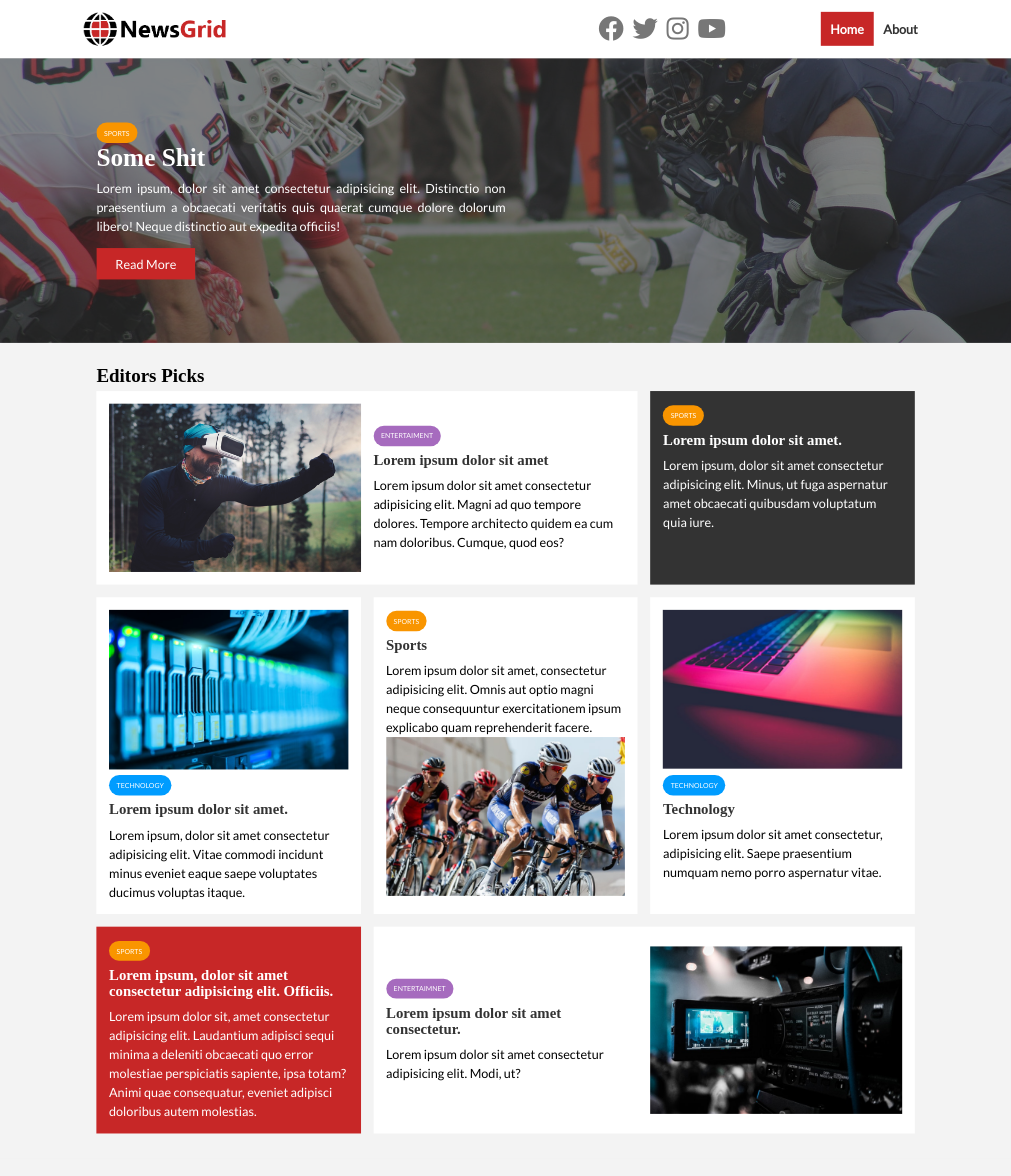
Repository: EswinGiova/NewsGrid
Page: index.html
These files come from the project's save history. The page is drawn as it stood at one moment and after the next save; the edit follows.
The browser window is 1280 px wide. The pictures show the whole page, at 79% of full size.
Some web libraries are served in a nearby version.

Above is the page before, as saved 2020-09-19 22:12:20.

### index.html
<!DOCTYPE html>
<html lang="en">
  <head>
    <meta charset="UTF-8" />
    <meta name="viewport" content="width=device-width, initial-scale=1.0" />
    <link rel="shortcut icon" type="image/x-icon" href="favicon.ico" />
    <link
      href="https://fonts.googleapis.com/css2?family=Lato&family=Staatliches&display=swap"
      rel="stylesheet"
    />
    <link rel="stylesheet" href="./css/style.css" />
    <link
      rel="stylesheet"
      media="screen and (max-width: 768px)"
      href="./css/mobile.css"
    />

    <link
      rel="stylesheet"
      href="https://cdnjs.cloudflare.com/ajax/libs/font-awesome/5.14.0/css/all.min.css"
      integrity="sha512-1PKOgIY59xJ8Co8+NE6FZ+LOAZKjy+KY8iq0G4B3CyeY6wYHN3yt9PW0XpSriVlkMXe40PTKnXrLnZ9+fkDaog=="
      crossorigin="anonymous"
    />

    <title>NewsGrid | Latest News</title>
  </head>
  <body>
    <nav id="main-nav">
      <div class="container">
        <img src="./image_resources/logo.png" alt="" class="logo" />
        <div class="social">
          <a href="#" target="_blank"><i class="fab fa-facebook fa-2x"></i></a>
          <a href="#" target="_blank"><i class="fab fa-twitter fa-2x"></i></a>
          <a href="#" target="_blank"><i class="fab fa-instagram fa-2x"></i></a>
          <a href="#" target="_blank"><i class="fab fa-youtube fa-2x"></i></a>
        </div>
        <ul>
          <li><a href="#" class="current">Home</a></li>
          <li><a href="#">About </a></li>
        </ul>
      </div>
    </nav>

    <header id="showcase">
      <div class="container">
        <div class="showcase-container">
          <div class="showcase-content">
            <div class="category category-sports">Sports</div>
            <h1>Some Shit</h1>
            <p>
              Lorem ipsum, dolor sit amet consectetur adipisicing elit.
              Distinctio non praesentium a obcaecati veritatis quis quaerat
              cumque dolore dolorum libero! Neque distinctio aut expedita
              officiis!
            </p>
            <a href="./article.html" class="btn btn-primary">Read More </a>
          </div>
        </div>
      </div>
    </header>
    <!-- Hombe articles -->

    <section id="home-articles" class="py-2">
      <div class="container">
        <h2>Editors Picks</h2>
        <div class="articles-container">
          <article class="card">
            <img src="./image_resources/articles/ent1.jpg" alt="" />
            <div>
              <div class="category category-ent">Entertaiment</div>
              <h3>
                <a href="./article.html">Lorem ipsum dolor sit amet</a>
              </h3>
              <p>
                Lorem ipsum dolor sit amet consectetur adipisicing elit. Magni
                ad quo tempore dolores. Tempore architecto quidem ea cum nam
                doloribus. Cumque, quod eos?
              </p>
            </div>
          </article>
          <article class="card bg-dark">
            <div class="category category-sports">Sports</div>
            <h3>
              <a href="./article.html">Lorem ipsum dolor sit amet.</a>
            </h3>
            <p>
              Lorem ipsum, dolor sit amet consectetur adipisicing elit. Minus,
              ut fuga aspernatur amet obcaecati quibusdam voluptatum quia iure.
            </p>
          </article>

          <article class="card">
            <img src="./image_resources/articles/tech1.jpg" alt="" />
            <div class="category category-tech">Technology</div>
            <h3><a href="./article.html">Lorem ipsum dolor sit amet.</a></h3>
            <p>
              Lorem ipsum, dolor sit amet consectetur adipisicing elit. Vitae
              commodi incidunt minus eveniet eaque saepe voluptates ducimus
              voluptas itaque.
            </p>
          </article>

          <article class="card">
            <div class="category category-sports">Sports</div>
            <h3>
              <a href="./article.html">Sports</a>
            </h3>
            <p>
              Lorem ipsum dolor sit amet, consectetur adipisicing elit. Omnis
              aut optio magni neque consequuntur exercitationem ipsum explicabo
              quam reprehenderit facere.
            </p>
            <img src="./image_resources/articles/sports1.jpg" alt="" />
          </article>

          <article class="card">
            <img src="./image_resources/articles/tech2.jpg" alt="" />
            <div class="category category-tech">Technology</div>
            <h3><a href="./article.html">Technology</a></h3>
            <p>
              Lorem ipsum dolor sit amet consectetur, adipisicing elit. Saepe
              praesentium numquam nemo porro aspernatur vitae.
            </p>
          </article>
          <article class="card bg-primary">
            <div class="category category-sports">Sports</div>
            <h3>
              <a href="./article.html"
                >Lorem ipsum, dolor sit amet consectetur adipisicing elit.
                Officiis.</a
              >
            </h3>
            <p>
              Lorem ipsum dolor sit, amet consectetur adipisicing elit.
              Laudantium adipisci sequi minima a deleniti obcaecati quo error
              molestiae perspiciatis sapiente, ipsa totam? Animi quae
              consequatur, eveniet adipisci doloribus autem molestias.
            </p>
          </article>

          <article class="card">
            <div>
              <div class="category category-ent">Entertaimnet</div>
              <h3>
                <a href="./article.html"
                  >Lorem ipsum dolor sit amet consectetur.</a
                >
              </h3>
              <p>
                Lorem ipsum dolor sit amet consectetur adipisicing elit. Modi,
                ut?
              </p>
            </div>
            <img src="./image_resources/articles/ent2.jpg" alt="" />
          </article>
        </div>
      </div>
    </section>
  </body>
</html>

### css/style.css
:root {
  --primary-color: #c72727;
  --secondary-color: #f99500;
  --light-color: #f3f3f3;
  --dark-color: #333;
  --max-width: 1100px;
}

.category {
  --sports-color: #f99500;
  --ent-color: #a66bbe;
  --tech-color: #009cff;
}
* {
  margin: 0;
  padding: 0;
  box-sizing: border-box;
}
body {
  font-family: 'Lato', sans-serif;
  line-height: 1.5;
  background: var(--light-color);
}

a {
  color: var(--dark-color);
  text-decoration: none;
}

ul {
  list-style: none;
}

img {
  width: 100%;
}

h1,
h2,
h3,
h4,
h5,
h6 {
  font-family: 'Staaliches', cursive;
  margin-bottom: 0.55rem;
  line-height: 1.3rem;
}

/*  utility class */

.container {
  max-width: var(--max-width);
  margin: auto;
  padding: 0 2rem;
  overflow: hidden;
}

/* category */

.category {
  display: inline-block;
  color: #fff;
  font-size: 0.55rem;
  text-transform: uppercase;
  padding: 0.4rem 0.6rem;
  border-radius: 15px;
  margin-bottom: 0.5rem;
}

.category-sports {
  background: var(--sports-color);
}
.category-ent {
  background: var(--ent-color);
}
.category-tech {
  background: var(--tech-color);
}

/* btn */

.btn {
  display: inline-block;
  border: none;
  background: var(--dark-color);
  color: #fff;
  padding: 0.5rem 1.5rem;
}

.btn-light {
  background: var(--light-color);
}
.btn-primary {
  background: var(--primary-color);
}
.btn-secondary {
  background: var(--secondary-color);
}
.btn:hover {
  opacity: 0.8;
}

.btn-block {
  display: block;
  width: 100%;
  text-align: center;
}

/* cards */

.card {
  background: white;
  padding: 1rem;
}

.bg-dark {
  background: var(--dark-color);
  color: white;
}
.bg-primary {
  background: var(--primary-color);
  color: white;
}
.bg-secondary {
  background: var(--secondary-color);
  color: #fff;
}
.py-1 {
  padding: 1.5rem 0;
}
.py-2 {
  padding: 2rem 0;
}
.py-3 {
  padding: 3rem 0;
}
.p-1 {
  padding: 1.5rem;
}
.p-2 {
  padding: 2rem;
}
.p-3 {
  padding: 3rem;
}

.bg-dark h1,
.bg-dark h2,
.bg-dark h3,
.bg-dark a,
.bg-primary h1,
.bg-primary h2,
.bg-primary h3,
.bg-primary a,
.bg-secondary h1,
.bg-secondary h2,
.bg-secondary h3,
.bg-secondary a {
  color: #fff;
}

/* Navigation */
#main-nav {
  background: #fff;
  position: sticky;
  top: 0;
  z-index: 2;
}

#main-nav .container {
  display: grid;
  grid-template-columns: 6fr 3fr 2fr;
  padding: 1rem;
  align-items: center;
}

#main-nav .logo {
  width: 180px;
}

#main-nav ul {
  display: flex;
  justify-self: end;
}

#main-nav ul li a {
  padding: 0.77rem;
  font-weight: bold;
}

#main-nav ul li .current {
  background: var(--primary-color);
  color: white;
}

#main-nav ul li .current:hover {
  background: var(--light-color);
  color: var(--dark-color);
}
#main-nav .social {
  justify-self: center;
}

#main-nav .social i {
  color: #777;
  margin-left: 0.5rem;
}

/* showcase */
#showcase {
  background: #333;
  color: #fff;
  position: relative;
}

#showcase:before {
  content: '';
  background: url('../image_resources/featured.jpg') center center/cover;
  position: absolute;
  top: 0;
  left: 0;
  width: 100%;
  height: 100%;
  opacity: 0.4;
}
#showcase .showcase-container {
  height: 50vh;
  display: grid;
  grid-template-columns: repeat(2, 1fr);
  justify-content: center;
  align-content: center;
}
#showcase .showcase-container .showcase-content {
  z-index: 2;
  text-align: justify;
}
#showcase .showcase-container .showcase-content p {
  margin: 1rem 0;
}
/* Home Articles  */

#home-articles .articles-container {
  display: grid;
  grid-template-columns: repeat(3, 1fr);
  grid-gap: 1rem;
}

#home-articles .articles-container > *:first-child,
#home-articles .articles-container > *:last-child {
  display: grid;
  grid-template-columns: repeat(2, 1fr);
  grid-column: 1 / span 2;
  grid-gap: 1rem;
  align-items: center;
}
#home-articles .articles-container > *:last-child {
  grid-column: 2 / span 2;
}

Loaded but not shown: css/mobile.css (no copy from this time; the picture is the same without it)

After the next save:
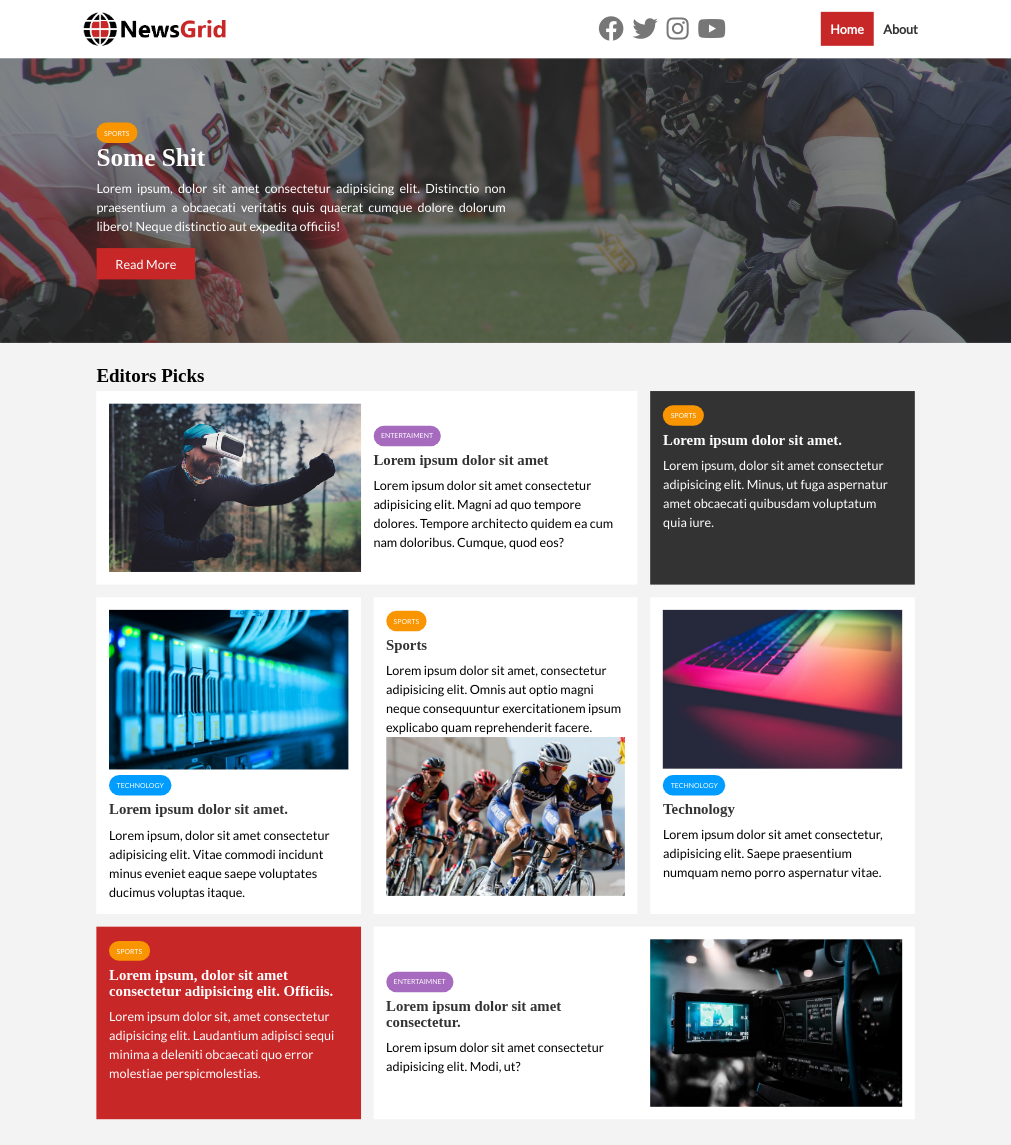
Saved 13 s later.
--- a/index.html
+++ b/index.html
@@ -133,8 +133,7 @@
             <p>
               Lorem ipsum dolor sit, amet consectetur adipisicing elit.
               Laudantium adipisci sequi minima a deleniti obcaecati quo error
-              molestiae perspiciatis sapiente, ipsa totam? Animi quae
-              consequatur, eveniet adipisci doloribus autem molestias.
+              molestiae perspicmolestias.
             </p>
           </article>
 
